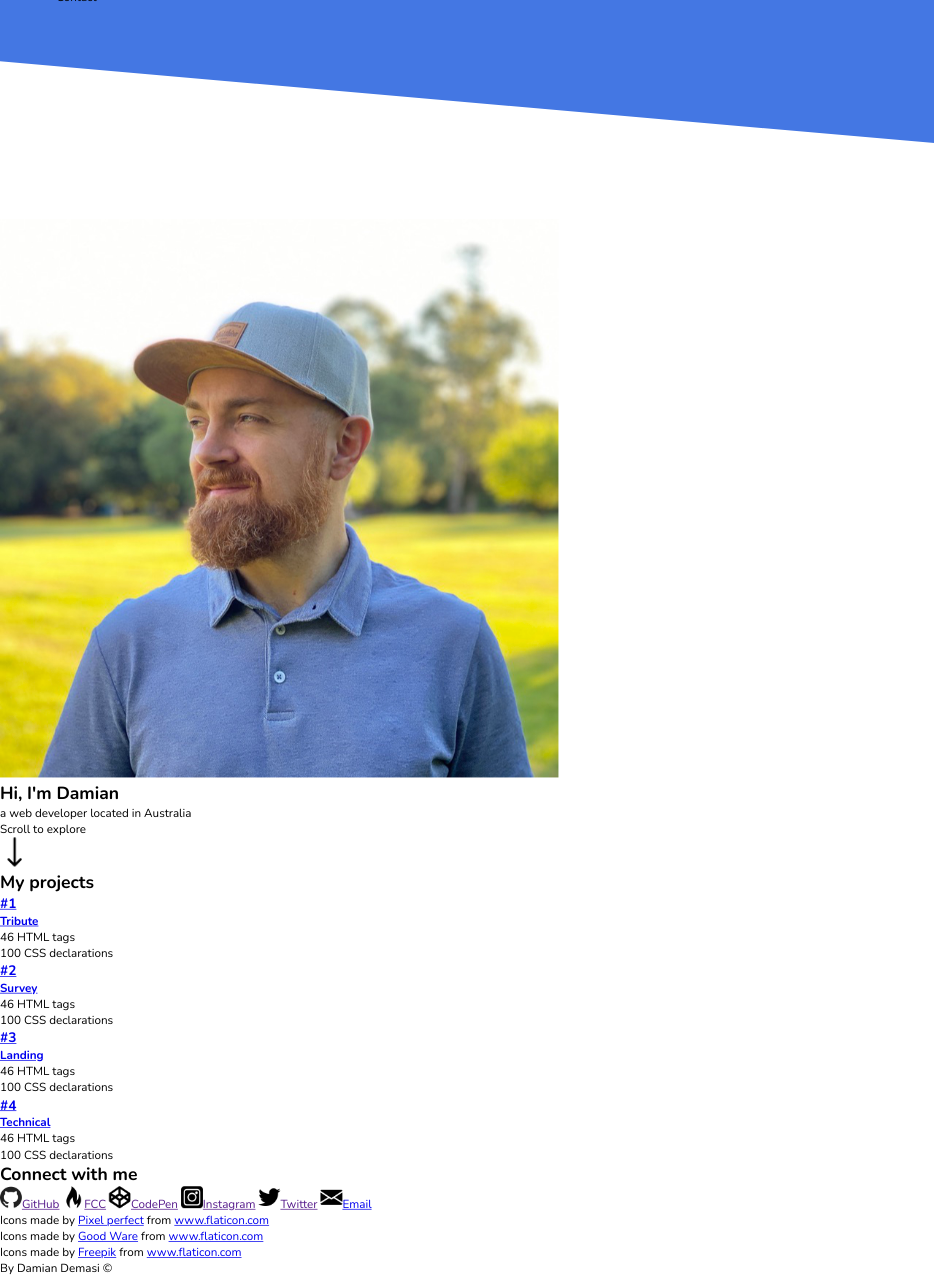
Repository: Colo-Codes/freecodecamp-05-Personal-Portfolio-Webpage
Page: index.html
An editor plug-in stored every save of this project. The page is shown before and after the next save, followed by the edit.
The browser window is 1280 px wide. The pictures show the whole page, at 73% of full size.

Above is the page before, as saved 2021-06-03 11:16:02.

After the next save:
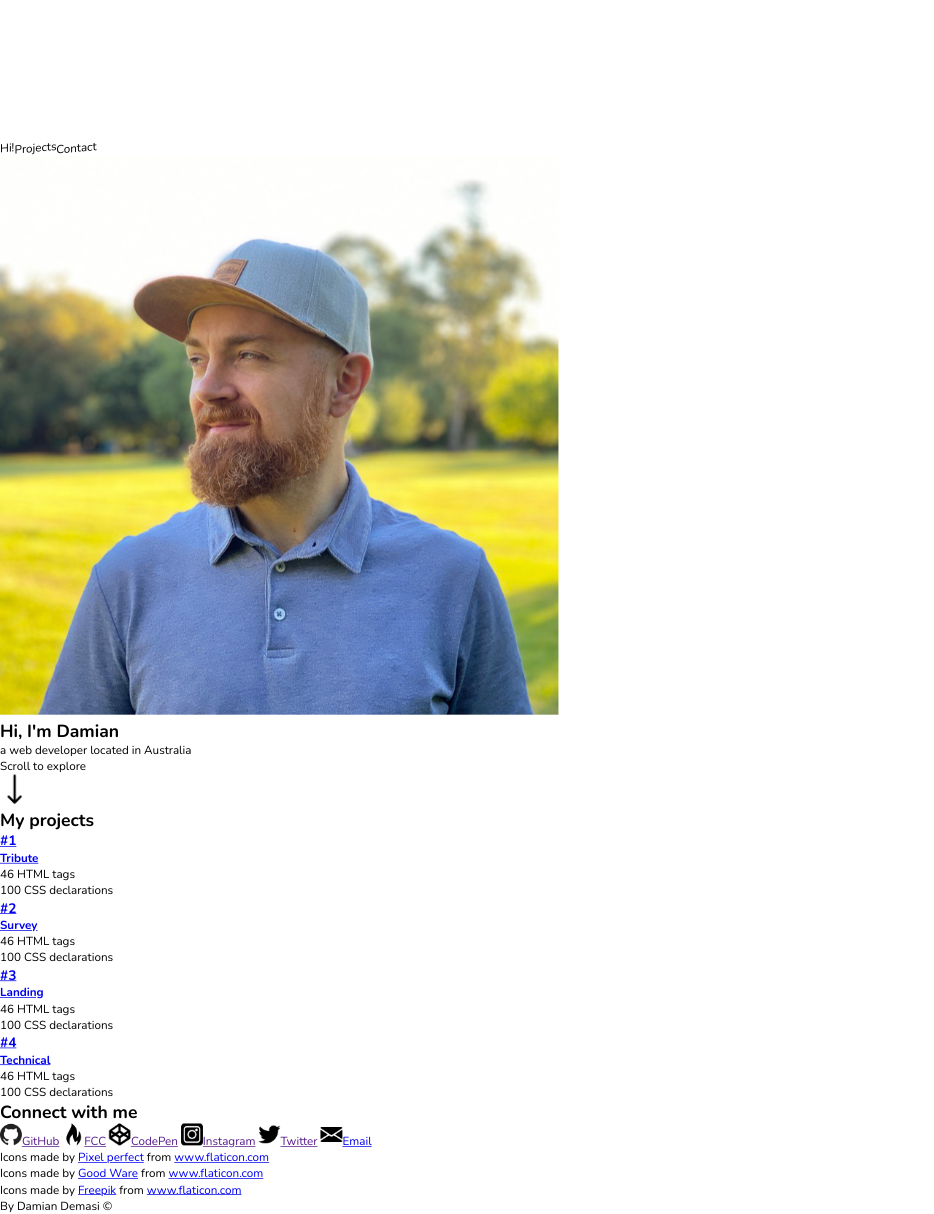
Saved 40 s later.
--- a/css/index.css
+++ b/css/index.css
@@ -24,14 +24,14 @@ body {
 /* Navbar */
 
 #navbar {
-}
-#navbar-flex-container {
-    display: flex;
     background-color: #4477E3;
     /* 1rem = 16px -> 18.75rem = 300px */
     height: 18.75rem;
     width: 100%;
     transform: skewY(5deg) translateY(-10rem);
+}
+#navbar-flex-container {
+    display: flex;
     align-items: baseline;
 }
 .navbar-flex-item {
